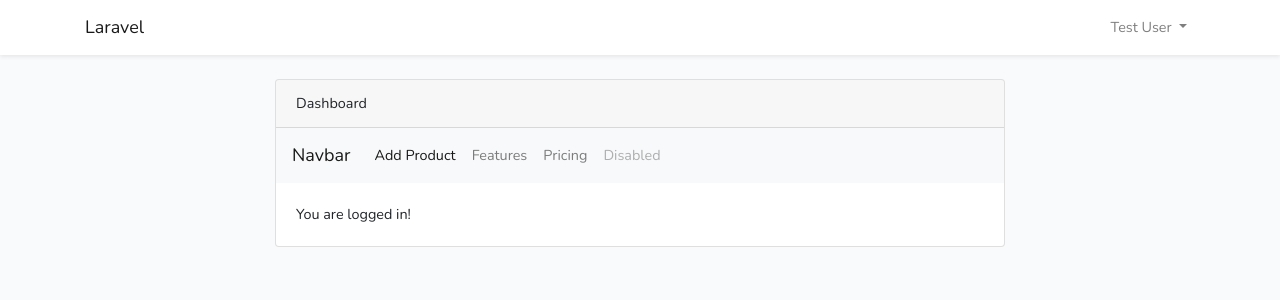
Repository: Fateen980/Tawfiq
Page: http://localhost/home
These files come from the project's save history. The page is drawn as it stood at one moment and after the next save; the edit follows.
The browser window is 1280 px wide. The pictures show the whole page.
The page is served by the project's Laravel application, run on PHP 8.4 with Laravel 8. A made-up administrator, Test User (test@example.com), is signed in.

Above is the page before, as saved 2020-09-17 07:58:09.

After the next save:
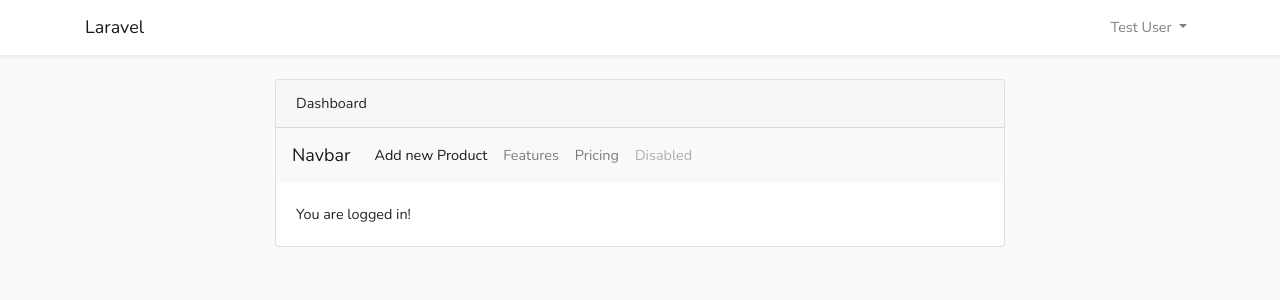
Saved 4 s later.
--- a/resources/views/home.blade.php
+++ b/resources/views/home.blade.php
@@ -16,7 +16,7 @@
   <div class="collapse navbar-collapse" id="navbarNav">
     <ul class="navbar-nav">
       <li class="nav-item active">
-        <a class="nav-link" href="#">Add Product <span class="sr-only">(current)</span></a>
+        <a class="nav-link" href="#">Add new Product <span class="sr-only">(current)</span></a>
       </li>
       <li class="nav-item">
         <a class="nav-link" href="#">Features</a>
